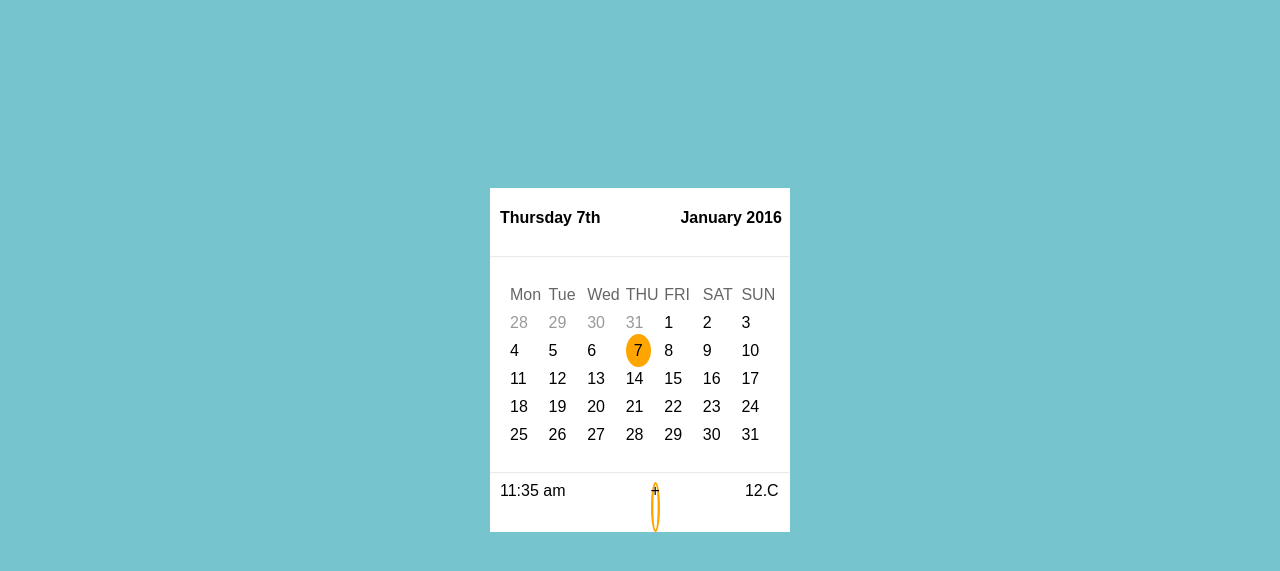
Repository: KYUUBI-K/HTML
Page: За 1 курс/Лаб 4/calendar.html
The author's editor kept a copy of each file at every save. The page is drawn from the files as they stood at one save, then again after the next save.
The browser window is 1280 px wide. The pictures show the whole page.

Above is the page before, as saved 2021-03-30 14:30:08.

### За 1 курс/Лаб 4/calendar.html
<!DOCTYPE html>
<html lang="en">
<head>
    <meta charset="UTF-8">
    <meta http-equiv="X-UA-Compatible" content="IE=edge">
    <meta name="viewport" content="width=device-width, initial-scale=1.0">
    <title>Document</title>
    <link rel="stylesheet" href="for_calend.css">
</head>
<body style="background-color:rgba(80, 181, 194, 0.788) ;">
    <div class="calendar">
        <div class="today">
            <h4>Thursday 7th</h4>
            <div class="today">
                <h4>January 2016</h4>
            </div>
        </div><hr>
        <div class="date">
            <div class="day">Mon</div>
            <div class="day">Tue</div>
            <div class="day">Wed</div>
            <div class="day">THU</div>
            <div class="day">FRI</div>
            <div class="day">SAT</div>
            <div class="day">SUN</div>
            <div class="number"><span class="previous_days">28</span></div>
            <div class="number"><span class="previous_days">29</span></div>
            <div class="number"><span class="previous_days">30</span></div>
            <div class="number"><span class="previous_days">31</span></div>
            <div class="number">1</div>
            <div class="number">2</div>
            <div class="number">3</div>
            <div class="number">4</div>
            <div class="number">5</div>
            <div class="number">6</div>
            <div class="number"><span class="seven">7</span></div>
            <div class="number">8</div>
            <div class="number">9</div>
            <div class="number">10</div>
            <div class="number">11</div>
            <div class="number">12</div>
            <div class="number">13</div>
            <div class="number">14</div>
            <div class="number">15</div>
            <div class="number">16</div>
            <div class="number">17</div>
            <div class="number">18</div>
            <div class="number">19</div>
            <div class="number">20</div>
            <div class="number">21</div>
            <div class="number">22</div>
            <div class="number">23</div>
            <div class="number">24</div>
            <div class="number">25</div>
            <div class="number">26</div>
            <div class="number">27</div>
            <div class="number">28</div>
            <div class="number">29</div>
            <div class="number">30</div>
            <div class="number">31</div>
        </div><hr>
        <div class="lower">
            <div>11:35 am</div>
            <div class="plus">+</div>
            <div>12.C</div>
        </div>
    </div>
</body>
</html>

### За 1 курс/Лаб 4/for_calend.css
body{
    margin:0;
    padding: 0;
    display: flex;
    justify-content: center;
    align-items: center;
    height: 100vh;
    font-family: sans-serif;
}
.calendar{
    width: 300px;
    height: auto;
    background-color: white;
    box-sizing: border-box;

}
.calendar .date{
    padding: 20px;
    display: grid;
    grid-template-columns: repeat(auto-fit,minmax(25px,1fr));
    grid-gap: 10px;
    box-sizing: border-box;
}
.today{
    display: flex;
    grid-gap: 70px;
    margin-left: 10px;
}
.lower{
    display: flex;
    grid-gap: 85px;
    margin-left: 10px;
    height: 50px;
}
.seven{
    border-radius: 50%;

    background-color:orange;

    text-align: center;
    padding: 8px;
}
.previous_days{
    opacity: 0.4;
}
.day{
    opacity: 0.6;
}
hr{
    opacity: 0.2;
}
.plus{
    border-radius: 50%;


    box-shadow: inset 0 0 0 0.15em orange;
    text-align: center;

}

After the next save:
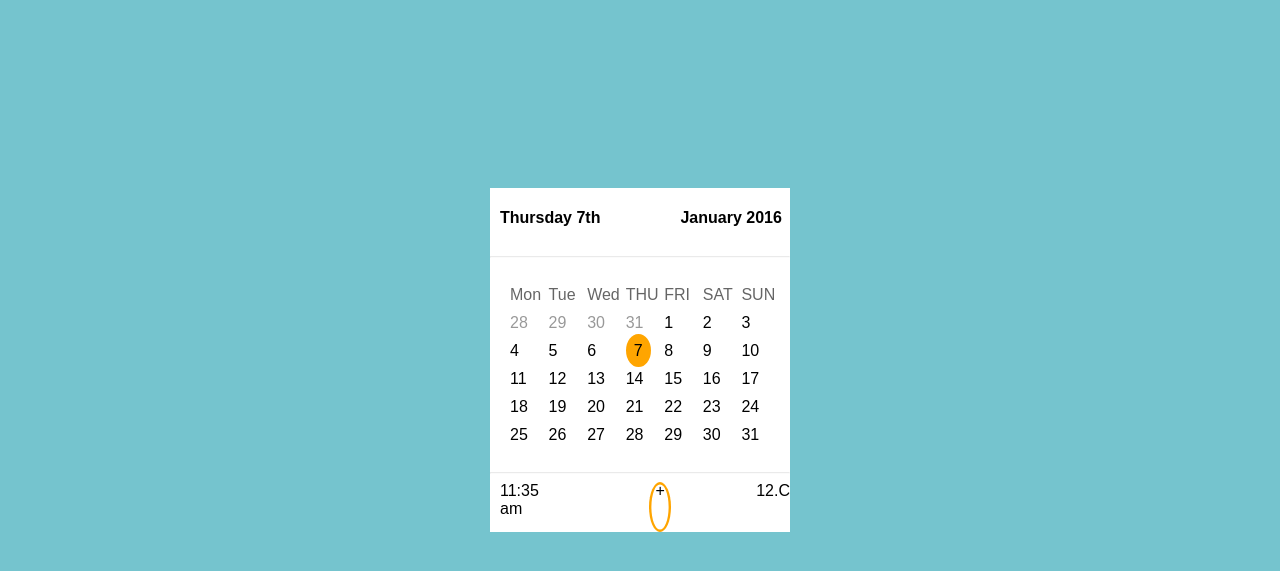
Saved 6 s later.
--- a/За 1 курс/Лаб 4/for_calend.css
+++ b/За 1 курс/Лаб 4/for_calend.css
@@ -51,6 +51,7 @@ hr{
 }
 .plus{
     border-radius: 50%;
+    width: 0.6cm;
 
 
     box-shadow: inset 0 0 0 0.15em orange;
